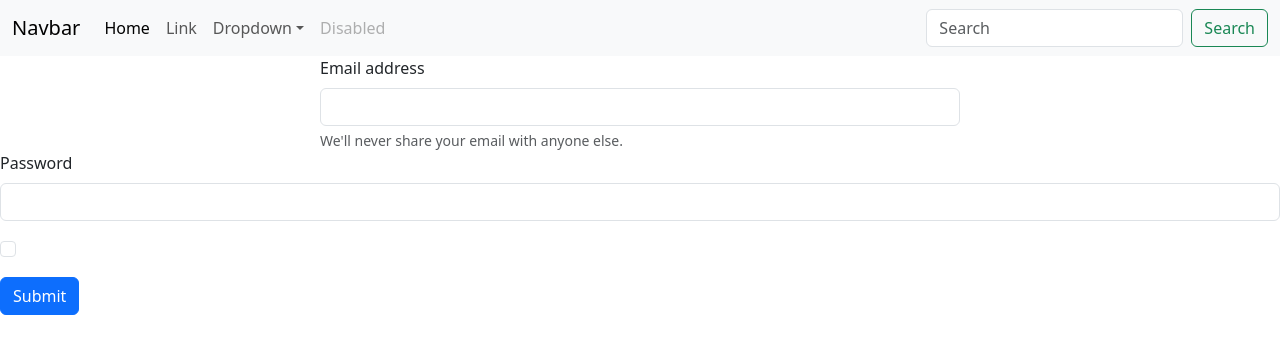
Repository: suraj-yadav7/createpost-redux
Page: /
These files come from the project's save history. The page is drawn as it stood at one moment and after the next save; the edit follows.
The browser window is 1280 px wide. The pictures show the whole page.
The project was rebuilt for these pictures with package versions that can differ from the ones it lists, and the page was loaded fresh each time. Also part of the build but not shown: vite.config.js, src/App.css, src/index.css.

Above is the page before, as saved 2023-05-15 23:46:26.

### index.html
<!DOCTYPE html>
<html lang="en">
  <head>
    <meta charset="UTF-8" />
    <link rel="icon" type="image/svg+xml" href="/vite.svg" />
    <meta name="viewport" content="width=device-width, initial-scale=1.0" />
    <link href="https://cdn.jsdelivr.net/npm/bootstrap@5.3.0-alpha3/dist/css/bootstrap.min.css" rel="stylesheet" integrity="sha384-KK94CHFLLe+nY2dmCWGMq91rCGa5gtU4mk92HdvYe+M/SXH301p5ILy+dN9+nJOZ" crossorigin="anonymous">
    <title>CRUD WebApp</title>
  </head>
  <body>
    <div id="root"></div>
    <script type="module" src="/src/main.jsx"></script>
    <script src="https://cdn.jsdelivr.net/npm/bootstrap@5.3.0-alpha3/dist/js/bootstrap.bundle.min.js" integrity="sha384-ENjdO4Dr2bkBIFxQpeoTz1HIcje39Wm4jDKdf19U8gI4ddQ3GYNS7NTKfAdVQSZe" crossorigin="anonymous"></script>
  </body>
</html>
  </body>
</html>

### src/main.jsx
import React from 'react'
import ReactDOM from 'react-dom/client'
import App from './App.jsx'
import './index.css'
import { Provider } from 'react-redux'
import store from "./store/store.jsx"

ReactDOM.createRoot(document.getElementById('root')).render(
  <Provider store={store}>
    <App />
  </Provider>
)

### src/App.jsx
import React, { useState } from 'react'
import './App.css'
import Navbar from './components/Navbar'
import Create from './components/create'

function App() {

  return (
    <>
    <Navbar />
    <Create />
    </>
  )
}

export default App

### src/store/store.jsx
import { configureStore } from "@reduxjs/toolkit";
import userDetail from "./slice/userDetail"

const store = configureStore({
    reducer:{
        users:userDetail
    }
})

export default store;

### src/components/Navbar.jsx
import React from 'react'

const Navbar = () => {
  return (
    <>
      <nav class="navbar navbar-expand-lg bg-body-tertiary">
  <div class="container-fluid">
    <a class="navbar-brand" href="#">Navbar</a>
    <button class="navbar-toggler" type="button" data-bs-toggle="collapse" data-bs-target="#navbarSupportedContent" aria-controls="navbarSupportedContent" aria-expanded="false" aria-label="Toggle navigation">
      <span class="navbar-toggler-icon"></span>
    </button>
    <div class="collapse navbar-collapse" id="navbarSupportedContent">
      <ul class="navbar-nav me-auto mb-2 mb-lg-0">
        <li class="nav-item">
          <a class="nav-link active" aria-current="page" href="#">Home</a>
        </li>
        <li class="nav-item">
          <a class="nav-link" href="#">Link</a>
        </li>
        <li class="nav-item dropdown">
          <a class="nav-link dropdown-toggle" href="#" role="button" data-bs-toggle="dropdown" aria-expanded="false">
            Dropdown
          </a>
          <ul class="dropdown-menu">
            <li><a class="dropdown-item" href="#">Action</a></li>
            <li><a class="dropdown-item" href="#">Another action</a></li>
            <li><hr class="dropdown-divider"/></li>
            <li><a class="dropdown-item" href="#">Something else here</a></li>
          </ul>
        </li>
        <li class="nav-item">
          <a class="nav-link disabled">Disabled</a>
        </li>
      </ul>
      <form class="d-flex" role="search">
        <input class="form-control me-2" type="search" placeholder="Search" aria-label="Search"/>
        <button class="btn btn-outline-success" type="submit">Search</button>
      </form>
    </div>
  </div>
</nav>
    </>
  )
}

export default Navbar

### src/components/create.jsx
import React from 'react'

const Create = () => {
    return (
        <>
            <form>
                <div class=" mx-auto w-50">
                    <label for="exampleInputEmail1" class="form-label">Email address</label>
                    <input type="email" class="form-control" id="exampleInputEmail1" aria-describedby="emailHelp" />
                    <div id="emailHelp" class="form-text">We'll never share your email with anyone else.</div>
                </div>
                <div class="mb-3">
                    <label for="exampleInputPassword1" class="form-label">Password</label>
                    <input type="password" class="form-control" id="exampleInputPassword1" />
                </div>
                <div class="mb-3 form-check">
                    <input type="checkbox" class="form-check-input" id="exampleCheck1" />
                </div>
                <button type="submit" class="btn btn-primary">Submit</button>
            </form>
        </>
    )
}

export default Create;

### src/store/slice/userDetail.jsx
import { createSlice } from "@reduxjs/toolkit";

const userDetail= createSlice({
    name:"userDetail",
    initialState:{
        user:[],
        loading:false,
        error:null,
    },
    reducers:{
        addPost(state,action){

        }
    }


})

export default userDetail.reducer
export const {addPost} = userDetail.actions

After the next save:
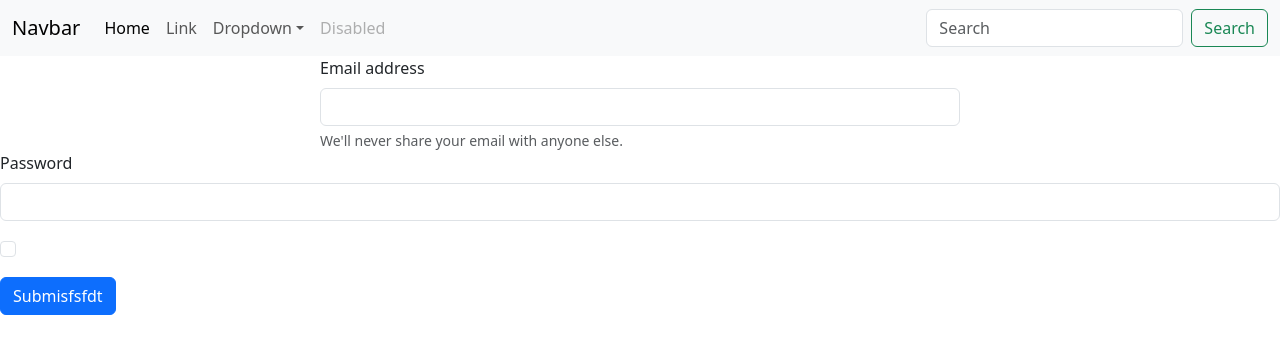
Saved 5 s later.
--- a/src/components/create.jsx
+++ b/src/components/create.jsx
@@ -16,7 +16,7 @@ const Create = () => {
                 <div class="mb-3 form-check">
                     <input type="checkbox" class="form-check-input" id="exampleCheck1" />
                 </div>
-                <button type="submit" class="btn btn-primary">Submit</button>
+                <button type="submit" class="btn btn-primary">Submisfsfdt</button>
             </form>
         </>
     )
